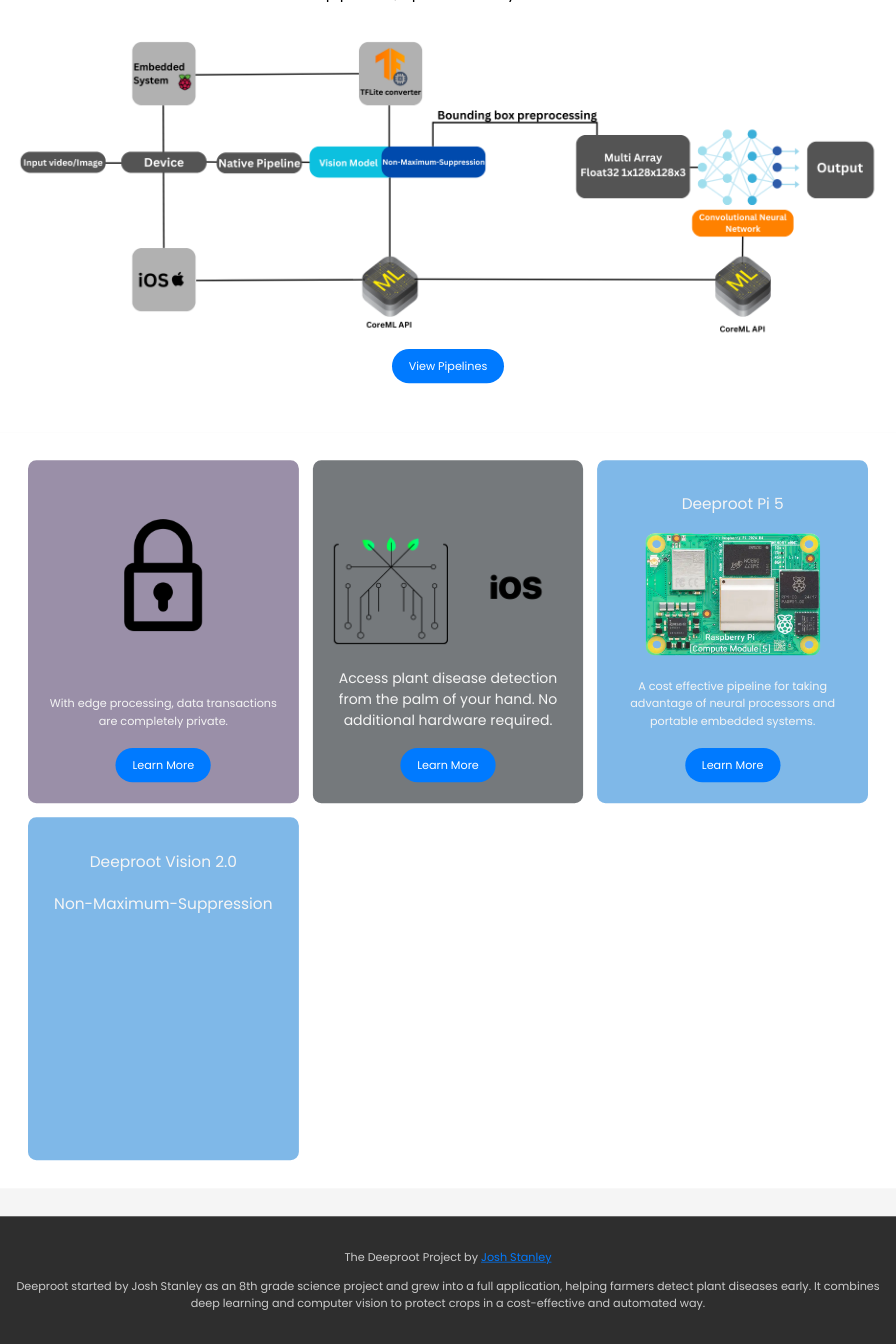
Repository: jss1118/The-Deeproot-Project
Page: Website/index.html
An editor plug-in stored every save of this project. The page is shown before and after the next save, followed by the edit.
The browser window is 1280 px wide. The pictures show the part of the page from y = 1292 to 3212 px (the page is 3212 px tall), at 70% of full size.

Above is the page before, as saved 2025-03-21 20:22:32.

### Website/index.html
<!DOCTYPE html>
<html lang="en">

<head>
  <meta charset="UTF-8">
  <meta name="viewport" content="width=device-width, initial-scale=1.0">
  <title>Deeproot A.I</title>
  <link href="https://fonts.googleapis.com/css2?family=Poppins:wght@400;600&display=swap" rel="stylesheet">
  <style>
    body {
      margin: 0;
      font-family: 'Poppins', sans-serif;
      overflow-x: hidden;
      background-color: #f5f5f5;
    }

    nav {
      background: rgba(22, 22, 22, 0.9);
      position: sticky;
      top: 0;
      width: 100%;
      z-index: 1000;
      display: flex;
      justify-content: center;
    }

    .navlinks {
      list-style: none;
      display: flex;
      gap: 30px;
      padding: 15px;
      margin: 0;
    }

    .navlink, .navicon svg {
      color: #d3d3d3;
      text-decoration: none;
      transition: color 0.3s;
    }

    .navlink:hover, .mainpagelink a:hover {
      color: white;
    }

    .mainpage2, .mainpage3, .mainpage4 {
      padding: 60px 20px;
      text-align: center;
    }

    .mainpage2 {
      background: linear-gradient(135deg, #2e2e2e, #4f4f4f);
      color: white;
    }

    .mainpage2 img, .mainpage3 img, .promo1 img {
      max-width: 100%;
      height: auto;

    }

    .mp2-title1 {
      font-size: 56px;
      font-weight: 600;
      margin-bottom: 15px;
    }

    .mp2-desc, .mp3desc, .titlefont {
      font-size: 22px;
      margin-bottom: 25px;
    }
    .promo4title {
      font-size: 22px;
      margin-bottom: 5px;
      position: relative;
      bottom: 325px;
    }
    .mainpagelink a {
      display: inline-block;
      margin: 10px;
      padding: 12px 24px;
      background: #007aff;
      color: white;
      border-radius: 25px;
      text-decoration: none;
      transition: background 0.3s;
    }

    .mainpage3 {
      background: white;
    }

    .mainpage3 img {
      margin-top: 20px;
      border-radius: 12px;
    }

    .mainpage4 {
      display: grid;
      grid-template-columns: repeat(auto-fit, minmax(300px, 1fr));
      gap: 20px;
      background-color: white;
      padding: 40px;
    }

    .promo1, .promo2, .promo3, .promo4, .promo5, .promo6 {
      background-size: cover;
      background-position: center;
      height: 450px;
      display: flex;
      flex-direction: column;
      justify-content: flex-end;
      padding: 20px;
      color: white;
      border-radius: 12px;
      position: relative;
    }

    .promo1 img, .promo2 img, .promo3 img, .promo4 img, .promo5 img, .promo6 img {
      margin-bottom: 10px;
    }

    .promo1 {
      background-color: #9a8fa8;
      color: #f5f5f5;
    }
    .promo2 {
      background-color: #75797c;
      color: #f5f5f5;
      background-size: cover;
      background-position: center;
      height: 450px;
      display: flex;
      flex-direction: column;
      justify-content: flex-end;
      padding: 20px;
      border-radius: 12px;
      position: relative;
    }
    .promo2 p {
      font-size: 20px;
      margin-bottom: 15px;
    }

    .promo3 {
      background-color: #7fb8e8;
      color: #f5f5f5;
      background-size: cover;
      background-position: center;
      height: 450px;
      display: flex;
      flex-direction: column;
      justify-content: flex-end;
      padding: 20px;
      border-radius: 12px;
      position: relative;
    }
    .promo4 {
      background-color: #7fb8e8;
      color: #f5f5f5;
      background-size: cover;
      background-position: center;
      height: 450px;
      display: flex;
      flex-direction: column;
      justify-content: flex-end;
      padding: 20px;
      border-radius: 12px;
      position: relative;

    }
    .promo1 img {
      width: 160px;
      height: auto;
      margin: 0 auto 15px auto;
      display: block;
      background: none;
      position: relative;
      bottom: 60px;
    }

    .promo2 img {
      width: 360px;
      height: 400px;
      margin: 0 auto 15px auto;
      display: block;
      border-radius: 10px;

      position: relative;
      top: 100px;
    }
    .promo3 img {
      width: 250px;
      height: 175px;
      margin: 0 auto 15px auto;
      display: block;
      border-radius: 10px;

      position: relative;

    }

    footer {
      background-color: #2e2e2e;
      color: #ccc;
      text-align: center;
      padding: 30px 20px;
      margin-top: 40px;
    }

    footer a {
      color: #007aff;
      text-decoration: underline;
    }

    @media (max-width: 768px) {
      .mp2-title1 { font-size: 40px; }
      .mp2-desc, .mp3desc { font-size: 18px; }
      .mainpagelink a { padding: 10px 20px; }
    }
  </style>
</head>

<body>
  <nav>
    <ul class="navlinks">
      <li><a class="navlink" href="/">iOS</a></li>
      <li><a class="navlink" href="/applestore">Raspberry Pi 5</a></li>
      <li><a class="navlink" href="/">Native</a></li>
      <li><a class="navlink" href="/">State-of-the-art Models</a></li>
      <li><a class="navlink" href="/">Developers</a></li>
    </ul>
  </nav>

  <section class="mainpage2">
    <h1 class="mp2-title1">Deeproot</h1>
    <p class="mp2-desc">Portable. Fast. Secure.</p>
    <p class="mp2-desc">The all-in-one automated solution for early plant disease detection.</p>
    <div class="mainpagelink"><a href="#">Learn More</a></div>
    <img src="wide logo.png" alt="Deeproot Logo">
  </section>

  <section class="mainpage3">
    <p class="mp3desc">Three pipelines, optimized for your use case.</p>
    <img src="newgraph.png" alt="Machine Learning Pipelines">
    <div class="mainpagelink"><a href="#">View Pipelines</a></div>
  </section>

  <section class="mainpage4">
    <div class="promo1">
      <img src="lock.fill.png" alt="Promo icon">
      <p>With edge processing, data transactions are completely private. </p>
      <div class="mainpagelink"><a href="#">Learn More</a></div>
    </div>
    <div class="promo2">
      <img src="deeprootios.png" alt="ios icon">
      <p>Access plant disease detection from the palm of your hand. No additional hardware required.</p>
      <div class="mainpagelink"><a href="#">Learn More</a></div>
    </div>



    <div class="promo3">
      <p class="titlefont">Deeproot Pi 5</p>
      <img src="piembedded.png" alt="Raspberry pi embedded">
      <p>A cost effective pipeline for taking advantage of neural processors and portable embedded systems.</p>
      <div class="mainpagelink"><a href="#">Learn More</a></div>
    </div>
    <div class="promo4">
      <p class="promo4title">Deeproot Vision 2.0</p>
      <p class="promo4title">Non-Maximum-Suppression</p>
    </div>
    <div class="promo5"></div>
    <div class="promo6"></div>
  </section>

  <footer>
    <p>The Deeproot Project by <a href="https://github.com/jss1118/Deeproot-AI">Josh Stanley</a></p>
    <p>Deeproot started by Josh Stanley as an 8th grade science project and grew into a full application, helping farmers detect plant diseases early. It combines deep learning and computer vision to protect crops in a cost-effective and automated way.</p>
  </footer>
</body>
</html>

After the next save:
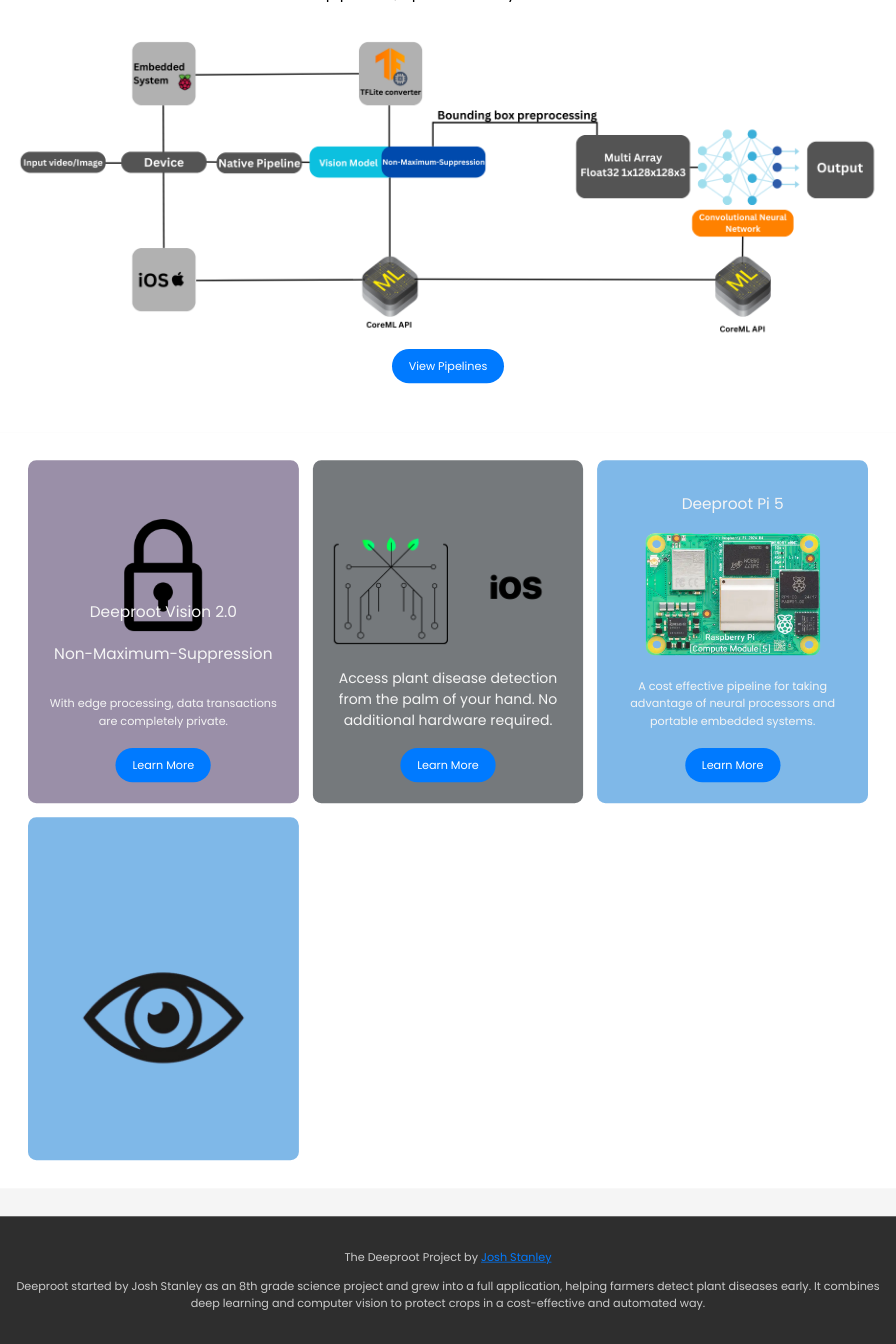
Saved 2 min 8 s later.
--- a/Website/index.html
+++ b/Website/index.html
@@ -268,6 +268,7 @@
     <div class="promo4">
       <p class="promo4title">Deeproot Vision 2.0</p>
       <p class="promo4title">Non-Maximum-Suppression</p>
+      <img src="eye.png" alt="eye image">
     </div>
     <div class="promo5"></div>
     <div class="promo6"></div>
